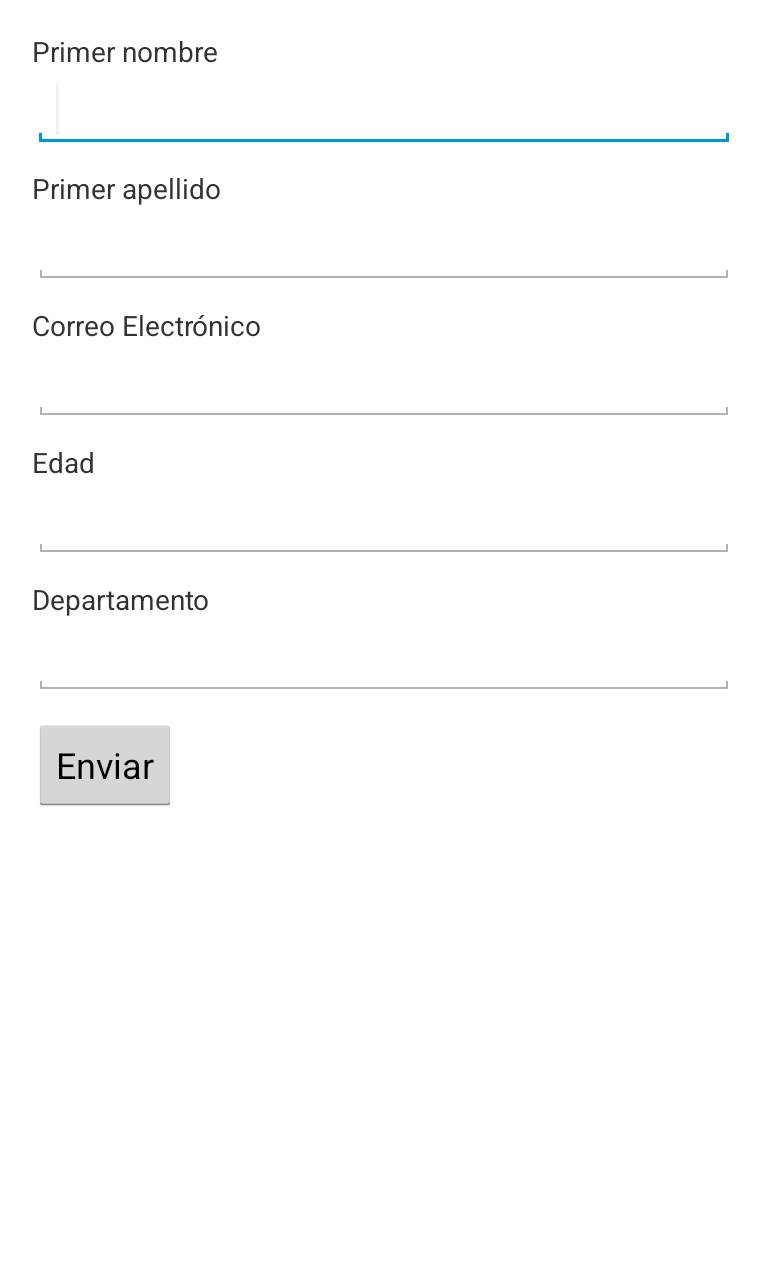
Repository: G3rcar/Android-I
Layout: Clase04Mantenimiento/res/layout/activity_main.xml
The author's editor kept a copy of each file at every save. The layout is drawn from the files as they stood at one save, then again after the next save.
It is drawn on a 768 x 1280 px phone screen (xhdpi) without system bars, with theme AppTheme; the app's code is not run.

Above is the layout before, as saved 2013-10-31 12:59:27.

After the next save:
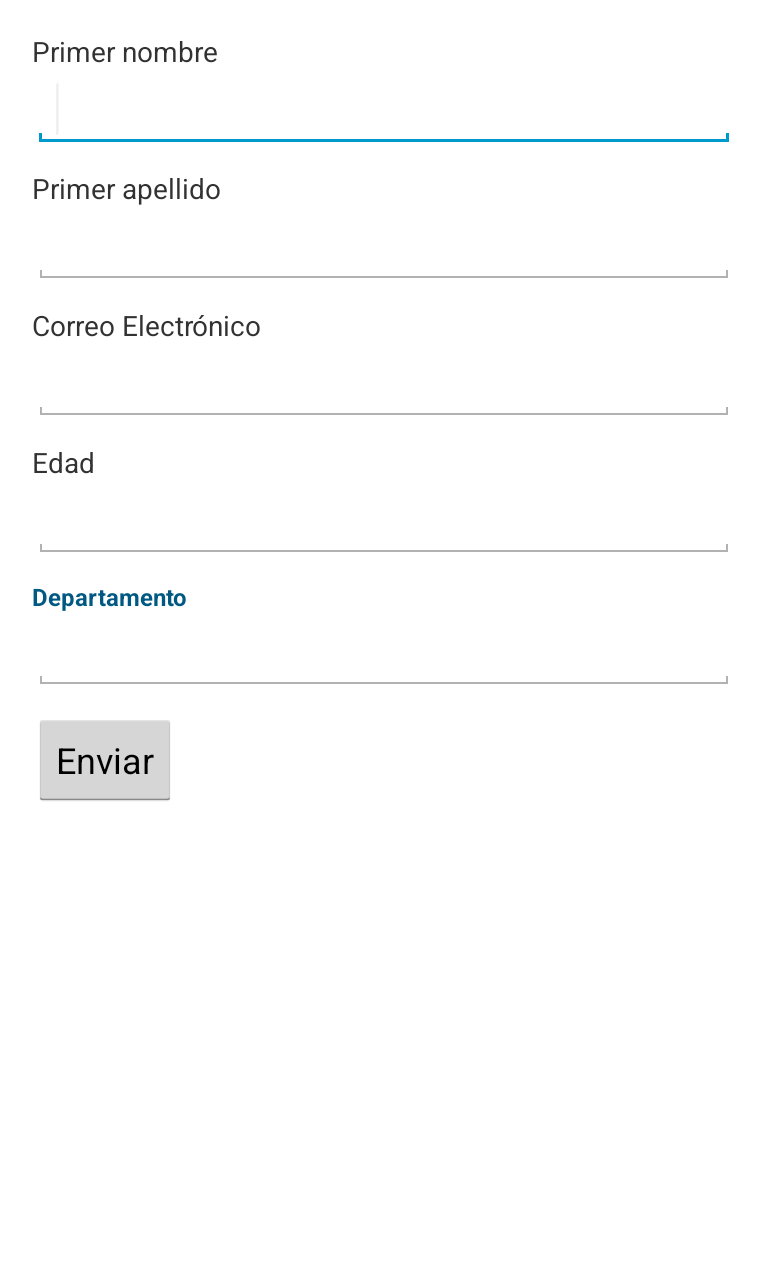
Saved 2 min 45 s later.
--- a/Clase04Mantenimiento/res/layout/activity_main.xml
+++ b/Clase04Mantenimiento/res/layout/activity_main.xml
@@ -79,6 +79,7 @@
             android:layout_width="wrap_content"
             android:layout_height="wrap_content"
             android:layout_marginTop="10dp"
+            android:style="@style/labelsub"
             android:text="@string/lblDepartamento" />
 
         <AutoCompleteTextView
